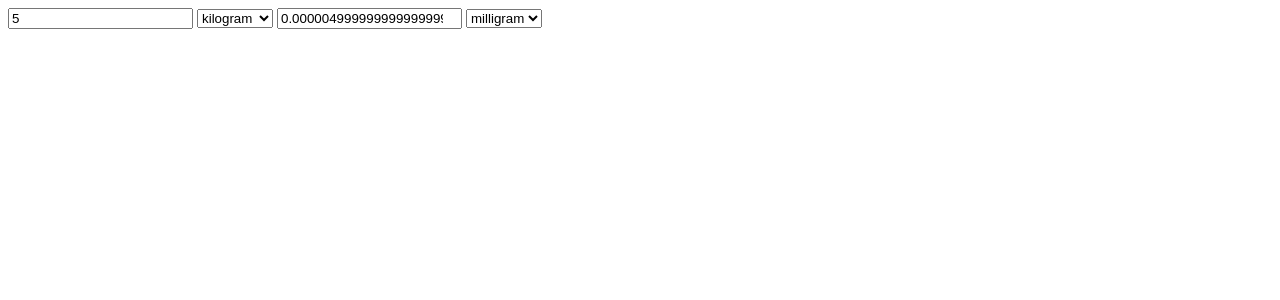
Repository: Eugene44-hub/weight-converter
Page: index.html
The author's editor kept a copy of each file at every save. The page is drawn from the files as they stood at one save, then again after the next save.
The browser window is 1280 px wide. The pictures show the whole page.
Empty fields were first filled with sample values (such as "Sample", 5 or name@example.com).
After loading, the first visible `#typed` was changed once.

Above is the page before, as saved 2021-09-20 02:41:46.

### index.html
<!DOCTYPE html>
<html lang="en">

<head>
    <meta charset="UTF-8">
    <meta http-equiv="X-UA-Compatible" content="IE=edge">
    <meta name="viewport" content="width=device-width, initial-scale=1.0">
    <link rel="stylesheet" href="style.css">
    <title>Document</title>
</head>

<body>
    <input type="number" id="typed">
    <select name="" id="in-weight">
      <option value="kg">kilogram</option>
      <option value="ou">ounce</option>
      <option value="mg">milligram</option>
    </select>
    <input type="number" id="output">
    <select name="" id="out-weight">
      <option value="mg">milligram</option>
      <option value="ou">ounce</option>
      <option value="kg">kilogram</option>
    </select>
    <script src="app.js"></script>
</body>

</html>

### app.js
let typed = document.querySelector('#typed');
let output = document.querySelector('#output');
let select = document.querySelector('#in-weight');
let select2 = document.querySelector('#out-weight');

select2.addEventListener('change', e => {

    console.log(e.target.value)
})

select.addEventListener('change', e => {

    console.log(e.target.value)
})

typed.addEventListener('input',
    e => {

        if (select2.value === 'mg' && select.value === 'kg') {
            output.value = Number(e.target.value) * Math.pow(10, -6)
        } else if (select2.value === "ou" && select.value === 'mg') {
            output.value = Number(e.target.value) * 0.000035274
        } else if (select2.value === "ou" && select.value === 'kg') {
            output.value = Number(e.target.value) / 35.274
        } else if (select2.value === "kg" && select.value === 'ou') {
            output.value = Number(e.target.value) / 0.000035274
        } else if (select2.value === "mg" && select.value === 'ou') {
            output.value = Number(e.target.value) / 28350
        } else if (select2.value === "kg" && select.value === 'mg') {
            output.value = Number(e.target.value) / Math.pow(10, -6)
        }

    })

output.addEventListener('input',
    e => {
        if (select2.value === 'mg' && select.value === 'kg') {
            typed.value = Number(e.target.value) / Math.pow(10, -6)
        }
        if (select2.value === "mg" && select.value === 'ou') {
            typed.value = Number(e.target.value) * 0.000035274
        } else if (select2.value === "ou" && select.value === 'kg') {
            typed.value = Number(e.target.value) / 35.274
        } else if (select2.value === "kg" && select.value === 'ou') {
            typed.value = Number(e.target.value) * 35.274
        } else if (select2.value === "ou" && select.value === 'mg') {
            typed.value = Number(e.target.value) / 0.000035274
        } else if (select2.value === "kg" && select.value === 'mg') {
            output.value = Number(e.target.value) * Math.pow(10, -6)
        }


    })

Loaded but not shown: style.css (no copy from this time; the picture is the same without it)

After the next save:
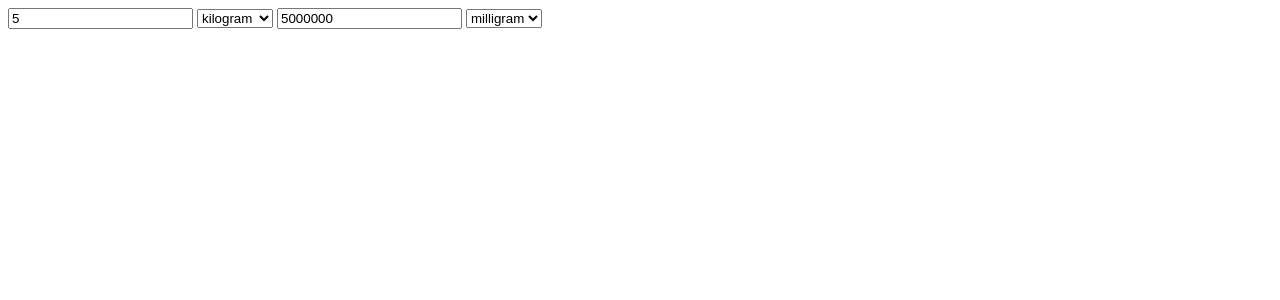
Saved 2 min 8 s later.
--- a/app.js
+++ b/app.js
@@ -17,7 +17,7 @@ typed.addEventListener('input',
     e => {
 
         if (select2.value === 'mg' && select.value === 'kg') {
-            output.value = Number(e.target.value) * Math.pow(10, -6)
+            output.value = Number(e.target.value) / Math.pow(10, -6)
         } else if (select2.value === "ou" && select.value === 'mg') {
             output.value = Number(e.target.value) * 0.000035274
         } else if (select2.value === "ou" && select.value === 'kg') {
